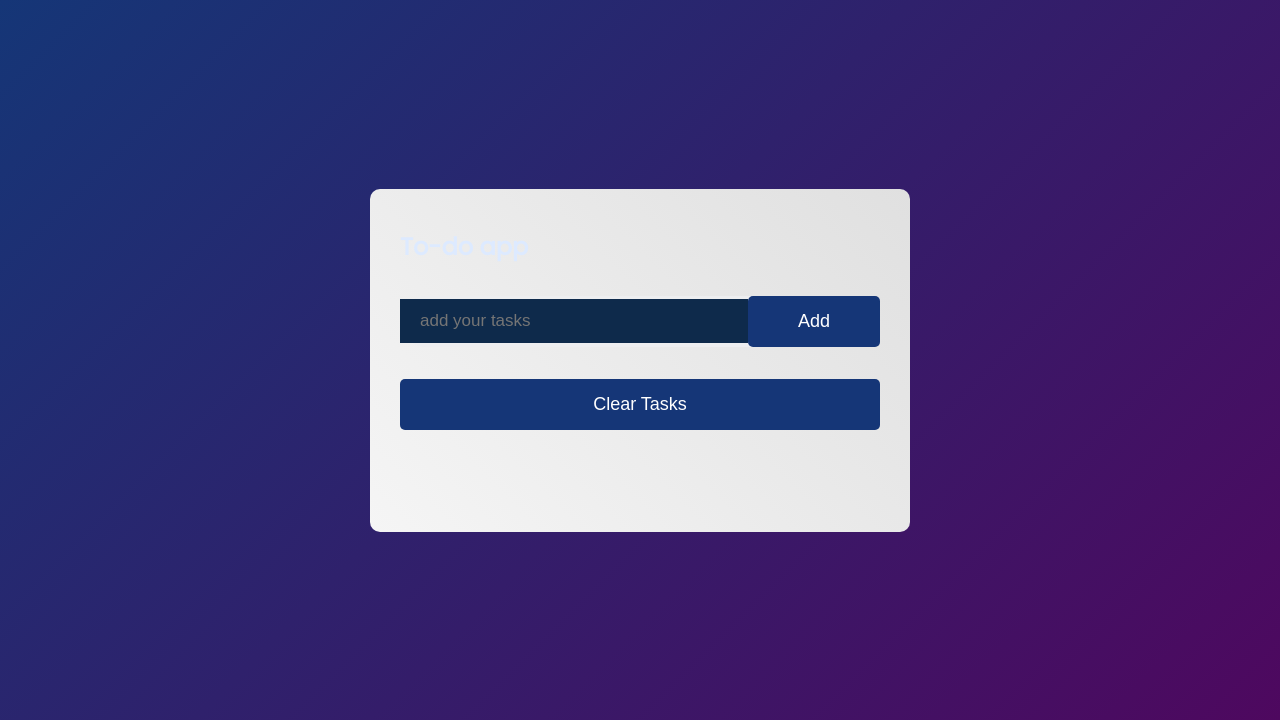
Repository: samoshi/To-do
Page: http://localhost/
An editor plug-in stored every save of this project. The page is shown before and after the next save, followed by the edit.
The browser window is 1280 px wide. The pictures show the whole page.
The pointer rests on the first visible `input`.
The page is served by the project's application, run on Flask 3 (app/app.py). Queries for data that is not in the repository find no rows.

Above is the page before, as saved 2024-01-14 21:42:04.

### app/templates/index.html
<!DOCTYPE html>
<html lang="en">

<head>
    <meta charset="UTF-8">
    <meta name="viewport" content="width=device-width, initial-scale=1.0">
    <title>To-Do list</title>
    <link rel="stylesheet" href="{{ url_for('static', filename='style.css') }}" />
    <script src="https://code.jquery.com/jquery-3.6.4.min.js"></script>
    <script src="{{ url_for('static', filename='script.js') }}"></script>
</head>

<body>
    <div class="container">
        <div class="todo-app">
            <div class="app-title">
                <h2>To-do app</h2>
                <i class="fa-solid fa-book-bookmark"></i>
            </div>
            <form action="/add_task" method="post">
                <div class="row">
                    <input type="text" name="title" id="input-box" placeholder="add your tasks" required>
                    <button class="add_button">Add</button>
                </div>
            </form>
            <button class="clear_button" onclick="clearTasks()">Clear Tasks</button>
            <ul id="list-container">
                {% for task in task_list %}
                    {% if task.complete == False %}
                            <li class="incomplete" onclick="toggleChecked(this)">
                                <a href="/complete/{{ task.id }}">{{ task.title }}</a>
                            </li>
                    {% else %}
                            <li class="complete" onclick="toggleChecked(this)">
                                <a href="/complete/{{ task.id }}">{{ task.title }}</a>
                            </li>
                        <!-- <a class="remove-task" href="/remove/{{ task.id }}">X</a> -->
                    {% endif %}
                {% endfor %}
            </ul>

        </div>
    </div>
    <script src="{{ url_for('static', filename='script.js') }}"></script>
</body>

</html>

### app/app.py
from flask import Flask, render_template, request, redirect, url_for, jsonify
from flask_sqlalchemy import SQLAlchemy

app = Flask(__name__)

app.config['SQLALCHEMY_DATABASE_URI'] = 'sqlite:///db.sqlite'
app.config['SQLALCHEMY_TRACK_MODIFICATIONS'] = False
db = SQLAlchemy(app)

class Task(db.Model):
    id = db.Column(db.Integer, primary_key=True)
    title = db.Column(db.String(100))
    complete = db.Column(db.Boolean)

# def save_tasks():
#     with open("tasks.json", "w") as file:
#         json.dump(tasks, file)


# # Load tasks from a file
# def load_tasks():
#     try:
#         with open("tasks.json", "r") as file:
#             lines = file.readlines()
#             tasks = []
#             for line in lines:
#                 parts = line.split(":")
#                 if len(parts) == 2:
#                     description, completed_str = parts
#                     completed = eval(completed_str)
#                     tasks.append({"description": description, "completed": completed})
#             return tasks
#     except FileNotFoundError:
#         return []  # Return an empty list if the file doesn't exist
#     except json.decoder.JSONDecodeError:
#         return []  # Return an empty list if there's an issue decoding JSON

# # Initialize tasks
# tasks = load_tasks()

@app.route('/')
def index():
    task_list = Task.query.all()
    return render_template('index.html', task_list=task_list)

@app.route('/add_task', methods=['POST'])
def add_task():
    title = request.form.get("title")
    new_task = Task(title=title, complete=False)
    db.session.add(new_task)
    db.session.commit()
    return redirect(url_for("index"))

@app.route("/update/<int:task_id>")
def update_task(task_id):
    task = Task.query.filter_by(id=task_id).first()
    task.complete = not task.complete
    db.session.commit()
    return redirect(url_for("index"))

@app.route('/complete/<int:task_id>')
def complete_task(task_id):
    task = Task.query.filter_by(id=task_id).first()
    if task:
        task.complete = not task.complete
        db.session.commit()
    return redirect(url_for('index'))

@app.route('/remove/<int:task_id>')
def remove_task(task_id):
    print("Remove task ()")
    task = Task.query.filter_by(id=task_id).first()
    print("Getting task", task_id)
    db.session.delete(task)
    print("deleted task")
    db.session.commit()
    return redirect(url_for('index'))

@app.route('/clear_tasks')
def clear_tasks():
    db.session.query(Task).delete()
    db.session.commit()
    return redirect(url_for('index'))


if __name__ == '__main__':
    db.create_all()
    app.run(host='0.0.0.0', port=5000, debug=True)

### app/static/style.css
@import url('https://fonts.googleapis.com/css2?family=Poppins&display=swap');


*, *:before, *:after{
    margin: 0;
    padding: 0;
    box-sizing: border-box;
}
body{
    font-family: 'Poppins', sans-serif;
}
.container{
    width: 100%;
    min-height: 100vh;
    background: linear-gradient(135deg, #153677, #4e085f);
    padding: 10px;
    display: flex;
    justify-content: center;
    align-items: center;
}
.todo-app{
    width: 100%;
    max-width: 540px;
    background: linear-gradient(45deg, #f5f5f5, #e0e0e0);
    padding: 40px 30px 70px;
    border-radius: 10px;
    display: flex;
    flex-direction: column;
    align-items: left;
    gap: 2rem;
}
.app-title{
    display: flex;
    gap: 1rem;
    align-items: center;
}
.app-title h2, .app-title i{
    color: #ddeaff;
}
.app-title i{
    font-size: 26px;
}

.row{
    display: flex;
    align-items: center;
    justify-content: space-between;
    background-color: #edeef0;
    border-radius: 30px;
}
input{
    width: 100%;
    border: none;
    outline: none;
    background-color: 153677;
    color: #ffffff;
    padding: 12px;
    font-size: 17px;
    padding-left: 20px;
}

input:hover, button:hover {
    cursor: pointer;
    background-color: #0e2a4b; /* Darker blue for input and button on hover */
 }

button.clear_button, button.add_button{
    border: none;
    cursor: pointer;
    outline: none;
    padding: 15px 50px;
    border-radius: 5px;
    background-color: #153677;
    color: #ffffff;
    font-size: 18px;
    transition: all .25s ease;
}
button:hover{
    filter: brightness(.8);
    background-color: #2980b9;
}

@media screen and (max-width: 400px) {
    button {
        padding: 15px;
        border-radius: 0 30px 30px 0;
    }
}

a,
a.remove-task {
    text-decoration: none;
    align-items: center;
    color: #333;
    cursor: pointer;
}

li {
    font-size: 17px;
    margin-top: 5px;
    position: relative;
    transition: background-color 0.2s ease;
    border-radius: 10px;
    list-style-type: none;
    outline: 2px solid #7289da;
}

li a {
    display: block;
    font-size: 17px;
    padding: 12px 8px 12px 50px;
    text-decoration: none;
    color: #ffffff;
    transition: color 0.2s ease;
}

li.incomplete {
    background-color: #2c2f33; /* Red background for incomplete */
}

li.complete {
    background-color: #23272a; /* Green background for complete */
}

li a:hover {
    /* Optional: Add styles for hover effect */
    background-color: #27ae60; /* Slightly darker green hover effect */
    color: #fff; /* White text on hover for better contrast */
}

li.incomplete a:hover {
    /* Optional: Add styles for hover effect */
    background-color: #7289da; /* Lighter green hover effect for complete */
    color: #fff; /* Black text on hover for better contrast */
}

li.complete a:hover {
    /* Optional: Add styles for hover effect */
    background-color: #30363d; /* Lighter green hover effect for complete */
    color: #fff; /* Black text on hover for better contrast */
}

ul li::before {
    position: absolute;
    content: '';
    width: 24px;
    height: 24px;
    font-size: 18px;
    border-radius: 50%;
    left: 0;
    top: 50%;
    transform: translateY(-50%);
    line-height: 24px;
    text-align: center;
    transition: background-color 0.2s ease;
    pointer-events: none;
}

ul li.incomplete::before {
    content: 'X';
    color: #ff5945;
}

ul li.complete::before {
    content: '\2713';
    color: #07700e;
}


button.remove {
    position: absolute;
    right: 0;
    transform: translateY(-50%);
    width: 30px;
    height: 30px;
    border-radius: 50%;
    color: #555;
    font-size: 18px;
    transition: all .2s ease;
}
button.remove:hover{
    background-color: #c9c9c9;
    color: #fff;
}

### app/static/script.js
// // ...

// document.addEventListener("DOMContentLoaded", function () {
//     const inputBox = document.getElementById("input-box");
//     const button = document.querySelector("button");
//     const list = document.getElementById("list-container");

//     list.addEventListener("click", (e) => {
//         if (e.target.tagName === "LI") {
//             e.target.classList.toggle("checked");
//             saveData();
//         } else if (e.target.tagName === "SPAN") {
//             e.target.parentElement.remove();
//             saveData();
//         }
//     });

//     button.addEventListener("click", function () {
//         if (inputBox.value.trim() !== '') {
//             addTask(inputBox.value);
//         } else {
//             alert("Please enter a non-empty task.");
//         }
//     });

//     function addTask(description) {
//         // Make an AJAX request to the Flask server's /add_task route
//         fetch("/add_task", {
//             method: "POST",
//             headers: {
//                 "Content-Type": "application/json",
//             },
//             body: JSON.stringify({ description: description }),
//         })
//             .then(response => response.json())
//             .then(data => console.log(data))
//             .catch(error => console.error("Error:", error));
//     }

//     function showTask() {
//         // Fetch tasks from the Flask server's /tasks route
//         fetch("/tasks")
//             .then(response => response.json())
//             .then(tasks => {
//                 list.innerHTML = ""; // Clear the visible list
//                 tasks.forEach(task => {
//                     let li = document.createElement("li");
//                     li.innerHTML = task.description;
//                     if (task.completed) {
//                         li.classList.add("checked");
//                     }
//                     list.appendChild(li);
//                     let span = document.createElement("span");
//                     span.innerHTML = "x";
//                     li.appendChild(span);
//                 });
//             })
//             .catch(error => console.error("Error:", error));
//     }

//     window.addEventListener("load", showTask);

//     // Clear Tasks function
//     window.clearTasks = function () {
//         localStorage.removeItem("data");
//         list.innerHTML = ""; // Clear the tasks from the visible list
//     };
// });

After the next save:
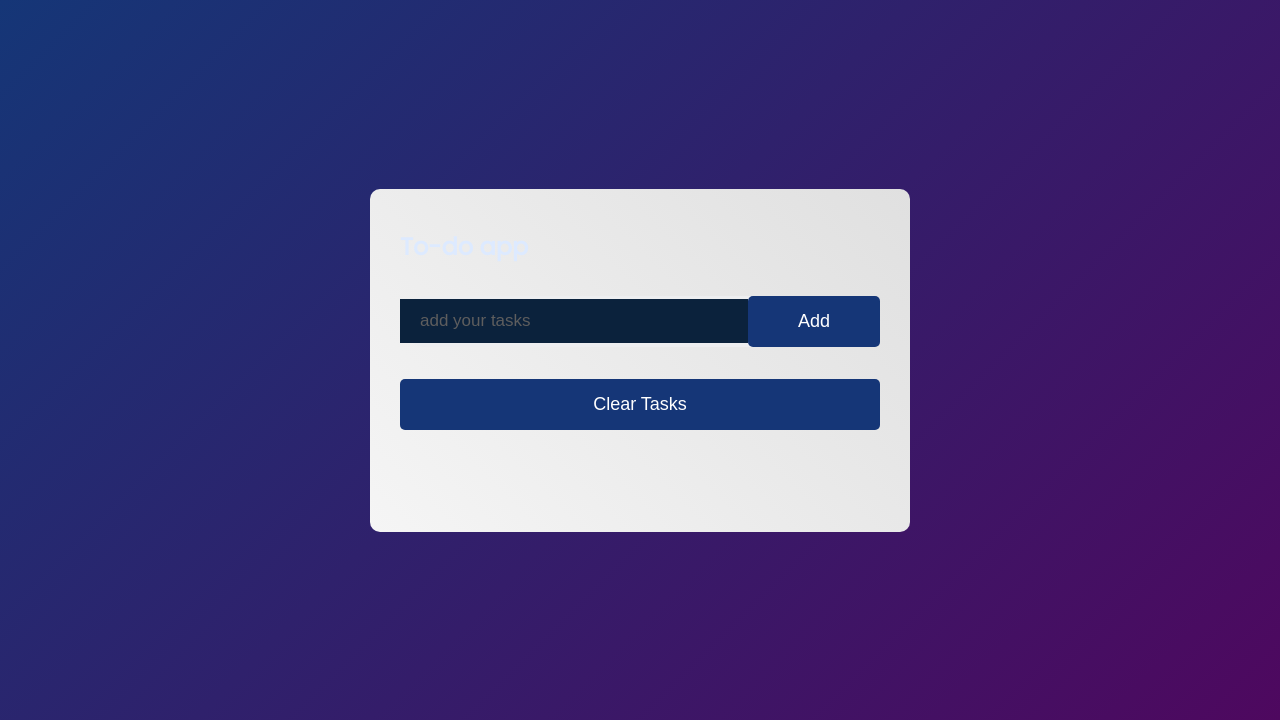
Saved 7 s later.
--- a/app/static/style.css
+++ b/app/static/style.css
@@ -61,6 +61,7 @@ input{
 
 input:hover, button:hover {
     cursor: pointer;
+    filter: brightness(.8);
     background-color: #0e2a4b; /* Darker blue for input and button on hover */
  }
 
@@ -76,7 +77,7 @@ button.clear_button, button.add_button{
     transition: all .25s ease;
 }
 button:hover{
-    filter: brightness(.8);
+
     background-color: #2980b9;
 }
 
